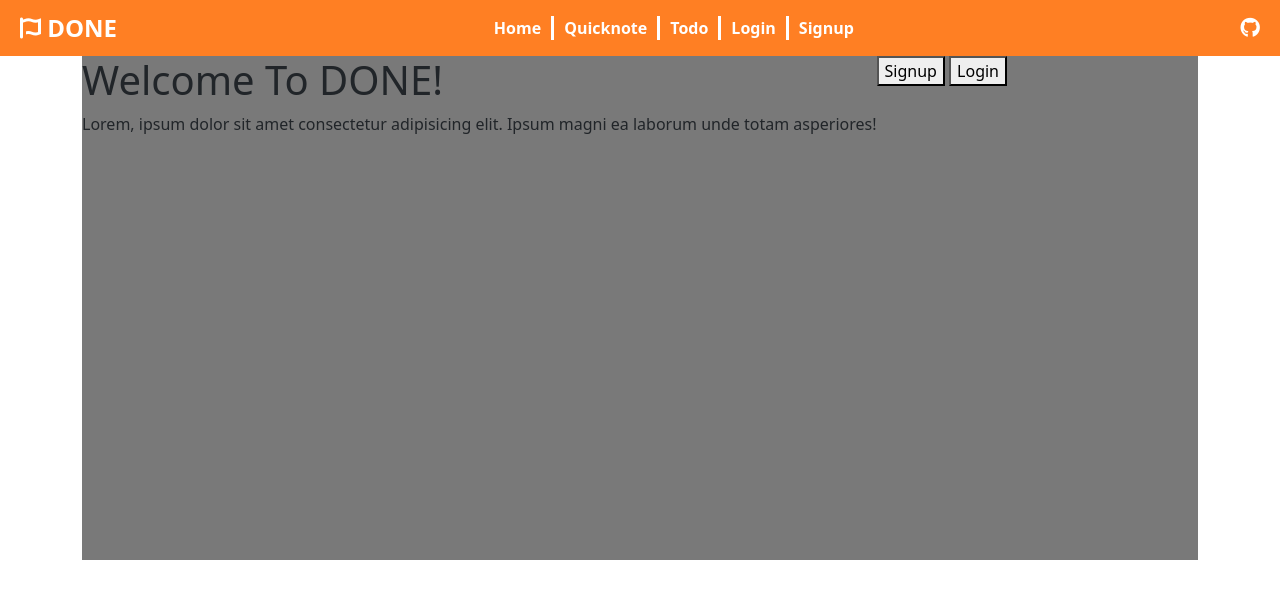
Repository: OmarEssameldinMousa/DONE
Page: index.html
The author's editor kept a copy of each file at every save. The page is drawn from the files as they stood at one save, then again after the next save.
The browser window is 1280 px wide. The pictures show the whole page.
Some web fonts or font styles are not loaded; a fallback is used.

Above is the page before, as saved 2023-12-15 22:50:58.

### index.html
<!DOCTYPE html>
<html lang="en">

<head>
    <meta charset="UTF-8">
    <meta name="viewport" content="width=device-width, initial-scale=1.0">
    <title>Home</title>
    <!-- Main Template CSS File -->
    <link rel="stylesheet" href="CSS/styles.css">
    <!-- Render and Normalize the ELements -->
    <link rel="stylesheet" href="CSS/normalize.css">
    <!-- Font Awsome Library -->
    <link rel="stylesheet" href="CSS/all.min.css">
    <!-- google fonts -->
    <link rel="preconnect" href="https://fonts.googleapis.com">
    <link rel="preconnect" href="https://fonts.gstatic.com" crossorigin>
    <link
        href="https://fonts.googleapis.com/css2?family=Kablammo&family=Work+Sans:wght@200;300;400;500;600;800&display=swap"
        rel="stylesheet">
    <!-- including bootstrap library -->
    <link href="https://cdn.jsdelivr.net/npm/bootstrap@5.3.2/dist/css/bootstrap.min.css" rel="stylesheet"
        integrity="sha384-T3c6CoIi6uLrA9TneNEoa7RxnatzjcDSCmG1MXxSR1GAsXEV/Dwwykc2MPK8M2HN" crossorigin="anonymous">

</head>
<!--
    home
    Todo
    quicknotes
    login
    sign up
    -->

<body>
    <header>
        <nav>
            <!-- Logo with Font Awesome Icon -->
            <div class="logo">
                <i class="fab fa-font-awesome-flag"></i> DONE
            </div>

            <!-- Left-side Navigation Links -->
            <ul>
                <li><a href="#">Home</a></li>
                <li><a href="#">Quicknote</a></li>
                <li><a href="#">Todo</a></li>
                <li><a href="#">Login</a></li>
                <li><a href="#">Signup</a></li>
            </ul>

            <!-- Right-side GitHub Icon -->
            <div class="github-icon">
                <a rel="" href="https://github.com/yourusername" target="_blank">
                    <i class="fab fa-github" style="color: white;"></i>
                </a>
            </div>
        </nav>

        <div class="container">
            <div class="landing">
                <div class="logoimage">

                </div>
                <div class="landingtext">
                    <h1>Welcome To DONE!</h1>
                    <p>Lorem, ipsum dolor sit amet consectetur adipisicing elit. Ipsum magni ea laborum unde totam
                        asperiores!</p>
                </div>
                <div class="buttons">
                    <button class="Signup">Signup</button>
                    <button class="Login">Login</button>
                </div>
            </div>
        </div>


    </header>


    <script src="https://cdn.jsdelivr.net/npm/bootstrap@5.3.2/dist/js/bootstrap.bundle.min.js"
        integrity="sha384-C6RzsynM9kWDrMNeT87bh95OGNyZPhcTNXj1NW7RuBCsyN/o0jlpcV8Qyq46cDfL"
        crossorigin="anonymous"></script>
</body>

</html>

### CSS/styles.css
/* Start Variables */
:root{
    --main-color: rgba(235, 235, 235, 0.6);
    --secondery-color: #ff7f23;
    --third-color:#333;
}
/* End Variables */
/* Special Heading */
.special-heading{
    color: #ebeced;
    font-size: 100px;
    text-align: center;
    font-weight: 800;
    letter-spacing: -3px;
    margin: 0;

}
.special-heading + p{
    margin-top: -30px;
    text-align: center;
    font-size: 20px;
    color: #797979;
}
/* End Special Heading */
/* Start Global Rules */
*{
    -webkit-box-sizing: border-box;
    -moz-box-sizing: border-box;
    box-sizing: border-box;
}

body{
    font-family: 'Kablammo', cursive;
    font-family: 'Work Sans', sans-serif;

}

.container{
    padding-left: 15px;
    padding-right: 15px;
    margin-left: auto;
    margin-right: auto;
    background-color: #fff;
    margin: auto;
    width: 600px;
}

/*very small screens*/
@media (max-width: 767px){
    .container{
        .special-heading{
            font-size: 60px;
        }
        .special-heading + p{
            margin-top: -20px;
        }
        width: 390px;
    }
}
/*small screens*/
@media (min-width: 768px){
    .container{
        width: 750px;
    }
}
/*Medium screens*/
@media (min-width: 992px){
    .container{
        width: 970px;
    }
}
/*Large screens*/
@media (min-width: 1200px){
    .container{
        width: 1170px;
    }
}
/* End Global Rules */


html{
    scroll-behavior: smooth;
}
/* navigation bar */

nav {
    background-color:  var(--secondery-color);
    color: white;
    display: flex;
    align-items: center;
    justify-content: space-between;
    padding: 10px 20px;
}
nav ul {
    list-style: none;
    margin: 0;
    padding: 0;
    display: flex;
}
nav ul li {
    margin-right: 10px;
    font-weight: bold;
}
nav ul li:not(:last-child) {
    border-right: solid 3px white;
    padding-right: 10px;
}
nav ul li a {
    text-decoration: none;
    color: white;
}
nav ul li a:hover {
    color: var(--main-color); /* Change color on hover */
}
.logo {
    font-size: 24px;
    font-weight: bold;
}
.github-icon {
    font-size: 20px;
    color: white;
}
.landing{
    width: 100%;
    height: 70vh;
    background-color: #797979;
    display: flex;
    flex-direction: row;
}

Loaded but not shown: CSS/normalize.css (library); CSS/all.min.css (library)

After the next save:
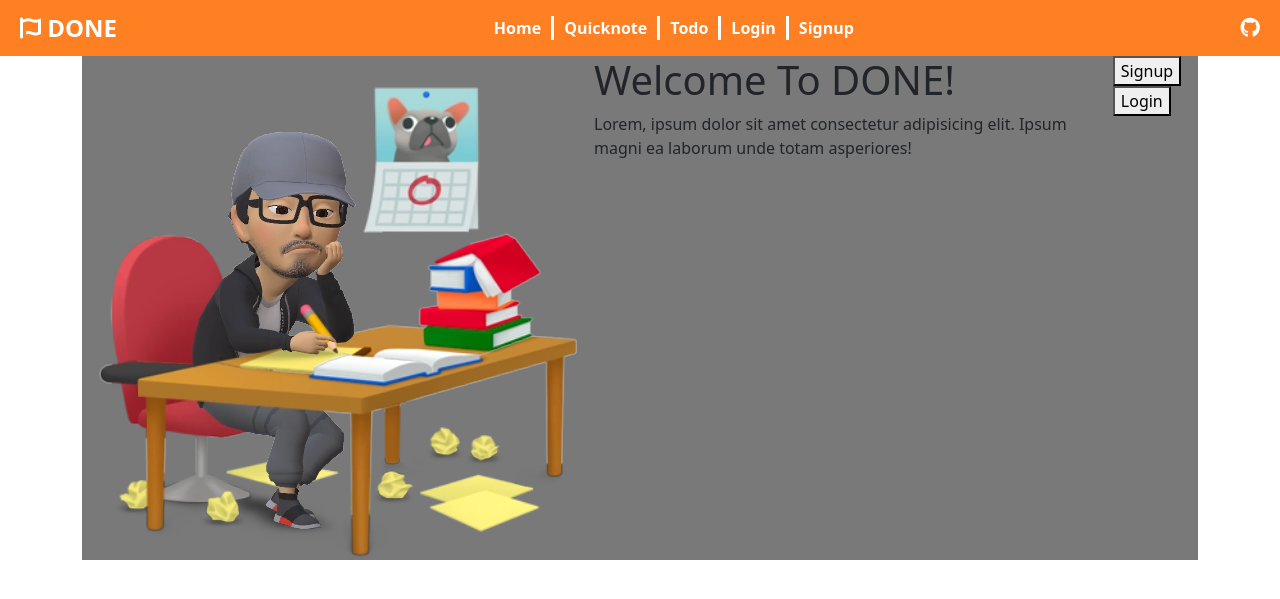
Saved 98 s later.
--- a/index.html
+++ b/index.html
@@ -58,7 +58,7 @@
         <div class="container">
             <div class="landing">
                 <div class="logoimage">
-
+                    <img src="images/omar.png" alt="">
                 </div>
                 <div class="landingtext">
                     <h1>Welcome To DONE!</h1>
